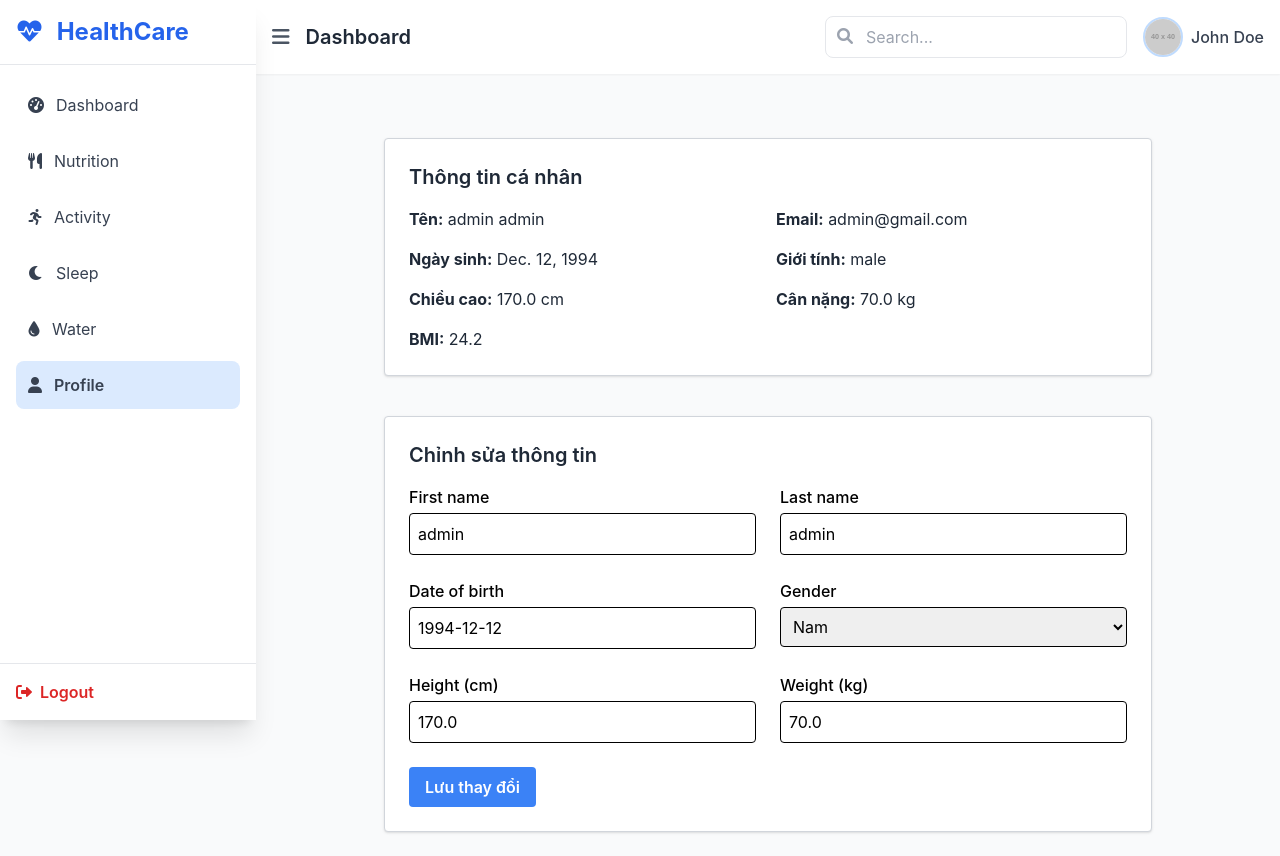
Repository: Khank2104/Khank
Page: http://localhost/profile/
The author's editor kept a copy of each file at every save. The page is drawn from the files as they stood at one save, then again after the next save.
The browser window is 1280 px wide. The pictures show the whole page.
Some web libraries are served in a nearby version. The page is served by the project's application, run on Django 5.2 (manage.py). The first stored user is signed in. The page reads the database file committed with the project.

Above is the page before, as saved 2025-05-18 16:05:26.

After the next save:
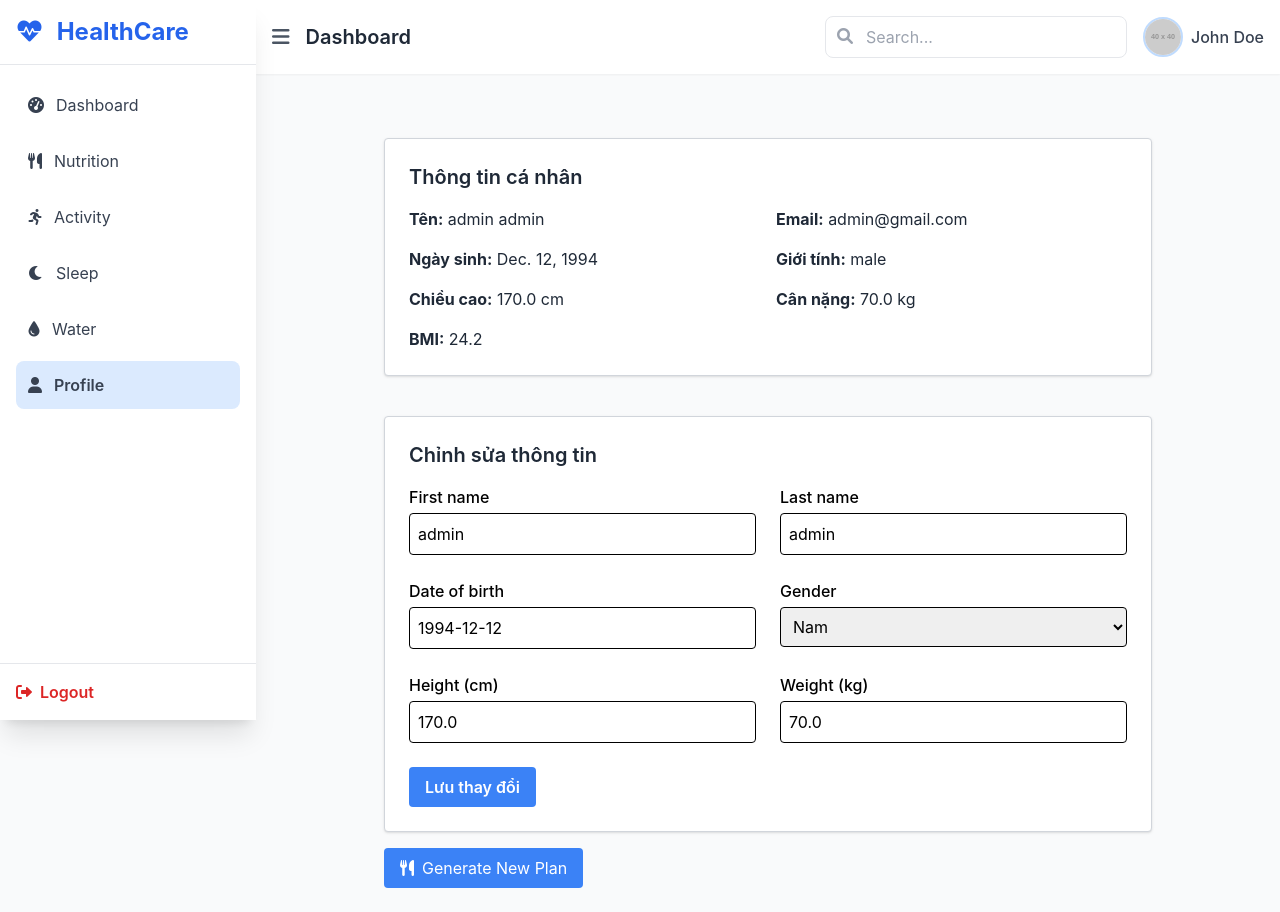
Saved 6 h 5 min later.
--- a/main/templates/main/profile.html
+++ b/main/templates/main/profile.html
@@ -55,6 +55,13 @@
                     Lưu thay đổi
                 </button>
             </div>
+        </div>
+        <a href="{% url 'generate_meal_plan' %}">
+            <button class="mt-4 bg-blue-500 text-white px-4 py-2 rounded hover:bg-blue-600">
+                <i class="fas fa-utensils mr-2"></i>Generate New Plan
+            </button>
+        </a>
+    </div>
         </form>
     </div>
 </div>

After the save that followed:
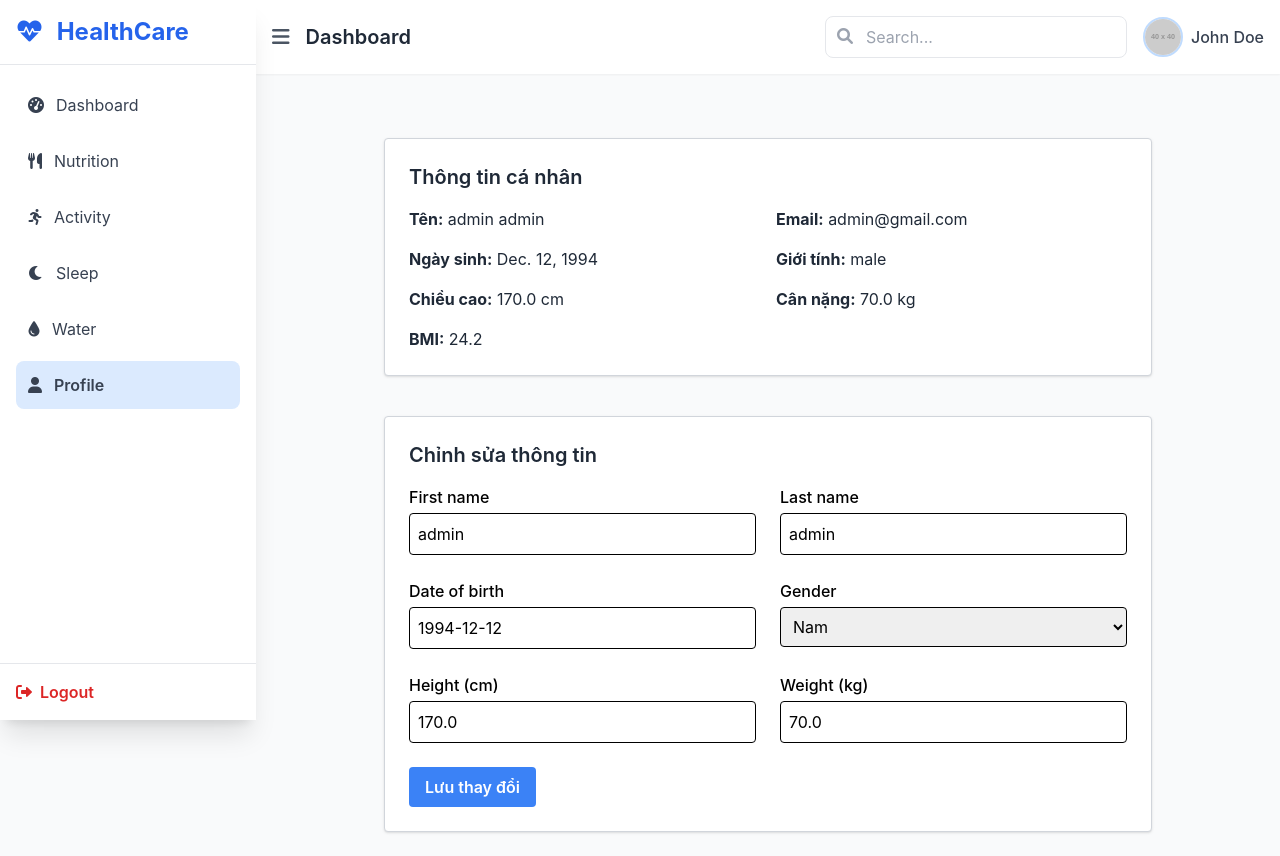
Saved 22 s later.
--- a/main/templates/main/profile.html
+++ b/main/templates/main/profile.html
@@ -55,13 +55,7 @@
                     Lưu thay đổi
                 </button>
             </div>
-        </div>
-        <a href="{% url 'generate_meal_plan' %}">
-            <button class="mt-4 bg-blue-500 text-white px-4 py-2 rounded hover:bg-blue-600">
-                <i class="fas fa-utensils mr-2"></i>Generate New Plan
-            </button>
-        </a>
-    </div>
+
         </form>
     </div>
 </div>
